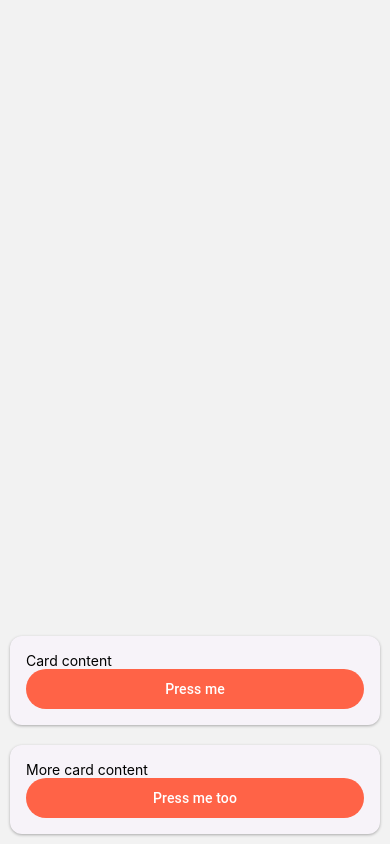
Repository: RidenShogunei/react-native-liveapp
Page: / (app in LiveTool/)
These files come from the project's save history. The page is drawn as it stood at one moment and after the next save; the edit follows.
The browser window is 390 px wide. The pictures show the whole page.
The page's requests for data from a server got no answer. The app was drawn by React Native's web renderer in a window 390 px wide. The project was rebuilt for these pictures with package versions that can differ from the ones it lists, and the page was loaded fresh each time. No one was signed in, and anything a server would have sent is missing.

Above is the page before, as saved 2024-05-12 12:24:33.

### LiveTool/App.tsx
import React from 'react';
import {NavigationContainer} from '@react-navigation/native';
import {createStackNavigator} from '@react-navigation/stack';
import MainPage from './pages/mian';
import { PaperProvider } from 'react-native-paper';
import { MD3LightTheme as DefaultTheme} from 'react-native-paper';
// 创建一个 Stack Navigator
const Stack = createStackNavigator();
const theme = {
  ...DefaultTheme,
  colors: {
    ...DefaultTheme.colors,
    primary: 'tomato',
    secondary: 'yellow',
  },
};
function App() {
  return (
    <PaperProvider theme={theme}>
    <NavigationContainer>
      <Stack.Navigator initialRouteName="Main">
        <Stack.Screen
          name="Main"
          component={MainPage}
          options={{ headerShown: false }}
        />
      </Stack.Navigator>
    </NavigationContainer>
    </PaperProvider>
  );
}

export default App;

### LiveTool/pages/mian.tsx
import React, {useState, useEffect} from 'react';
import {View, Text, ScrollView, Dimensions, StyleSheet} from 'react-native';
import {Card, Button} from 'react-native-paper';
import {Picker} from '@react-native-picker/picker';
const {width: viewportWidth} = Dimensions.get('window');

function MainPage() {
  const [weather, setWeather] = useState(null);
  const [city, setCity] = useState(101010100);
  useEffect(() => {
    fetch(
      `https://devapi.qweather.com/v7/weather/now?location=${city}&key=acfa15e64b854efcb254f98a8b29568e`,
    )
      .then(response => {
        console.log('Response status:', response.status);
        return response.json();
      })
      .then(data => {
        console.log('Weather data:', data);
        setWeather(data);
      })
      .catch(error => {
        console.error('Error fetching weather data:', error);
      });
  }, [city]);

  return (
    <ScrollView contentContainerStyle={{flexGrow: 1}}>
      <ScrollView
        horizontal
        pagingEnabled
        showsHorizontalScrollIndicator={false}
        contentContainerStyle={{
          alignItems: 'center',
          justifyContent: 'center',
        }}>
        {weather && (
          <Card style={{width: viewportWidth}}>
            <Card.Content>
              <Text style={styles.text}>实时天气</Text>
              <Picker
                selectedValue={city}
                style={{
                  height: 50,
                  width: 150,
                  borderWidth: 1,
                  borderColor: '#000',
                  shadowColor: '#000',
                  shadowOffset: {width: 0, height: 2},
                  shadowOpacity: 0.8,
                  shadowRadius: 2,
                  elevation: 1,
                }}
                onValueChange={(itemValue, itemIndex) => setCity(itemValue)}>
                <Picker.Item label="北京" value="101010100" />
                <Picker.Item label="上海" value="101020100" />
                <Picker.Item label="嘉定" value="101020500" />
                {/* 更多城市省略... */}
              </Picker>
              <Text>{`Temperature: ${weather.now.temp}度`}</Text>
              <Text>{`Feels Like: ${weather.now.feelsLike}度`}</Text>
              <Text>{`Weather: ${weather.now.text}`}</Text>
              <Text>{`Wind Direction: ${weather.now.windDir}`}</Text>
              <Text>{`Wind Scale: ${weather.now.windScale}级`}</Text>
            </Card.Content>
          </Card>
        )}
      </ScrollView>

      <View>
        <Card style={{margin: 10}}>
          <Card.Content>
            <Text>Card content</Text>
            <Button
              mode="contained"
              onPress={() => console.log('Button pressed')}>
              Press me
            </Button>
          </Card.Content>
        </Card>
        <Card style={{margin: 10}}>
          <Card.Content>
            <Text>More card content</Text>
            <Button
              mode="contained"
              onPress={() => console.log('Another button pressed')}>
              Press me too
            </Button>
          </Card.Content>
        </Card>
        {/* 更多的 Card... */}
      </View>
    </ScrollView>
  );
}
const styles = StyleSheet.create({
  container: {
    flex: 1,
    backgroundColor: '#fff',
    alignItems: 'center',
    justifyContent: 'center',
  },
  text: {
    textAlign: 'center',
    fontSize: 20,
  },
});
export default MainPage;

After the next save:
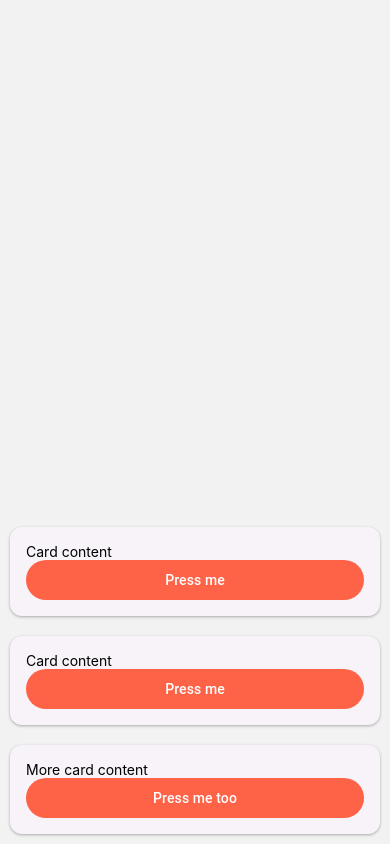
Saved 106 s later.
--- a/LiveTool/pages/mian.tsx
+++ b/LiveTool/pages/mian.tsx
@@ -80,6 +80,16 @@ function MainPage() {
         </Card>
         <Card style={{margin: 10}}>
           <Card.Content>
+            <Text>Card content</Text>
+            <Button
+              mode="contained"
+              onPress={() => console.log('Button pressed')}>
+              Press me
+            </Button>
+          </Card.Content>
+        </Card>
+        <Card style={{margin: 10}}>
+          <Card.Content>
             <Text>More card content</Text>
             <Button
               mode="contained"
